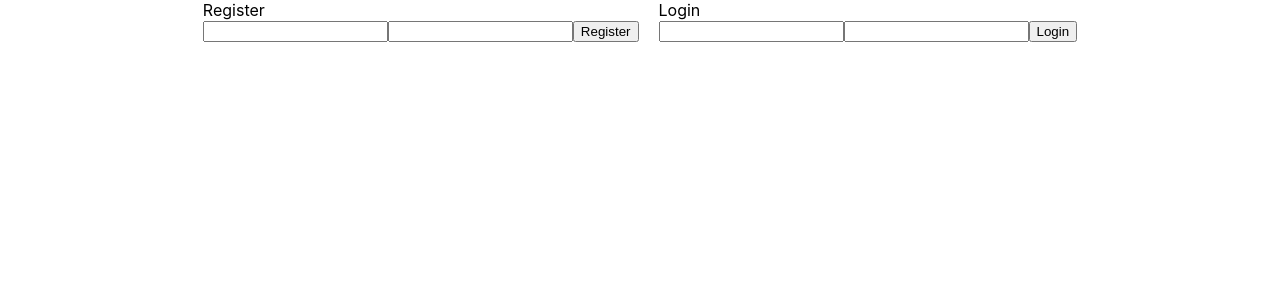
Repository: punitbathija/Placement-Assitance-iNeuron
Page: / (app in React/taskmanager/)
These files come from the project's save history. The page is drawn as it stood at one moment and after a run of saves; the edit follows.
The browser window is 1280 px wide. The pictures show the whole page.
The project was rebuilt for these pictures with package versions that can differ from the ones it lists, and the page was loaded fresh each time. Also part of the build but not shown: React/taskmanager/src/TaskDashboard.jsx.

Above is the page before, as saved 2023-06-06 15:05:02.

### React/taskmanager/src/App.js
import React, { useState } from "react";
import Login from "./Login";
import TaskDashboard from "./TaskDashboard";
import Register from "./Register";

const App = () => {
  const [token, setToken] = useState("");

  return (
    <div style={{ display: "flex", justifyContent: "center", gap: "20px" }}>
      <Register />
      {token ? <TaskDashboard token={token} /> : <Login setToken={setToken} />}
    </div>
  );
};

export default App;

### React/taskmanager/src/Login.jsx
import React, { useState } from "react";
import axios from "axios";

const Login = () => {
  const [username, setUsername] = useState("");
  const [password, setPassword] = useState("");
  const [token, setToken] = useState("");
  const [error, setError] = useState("");
  const handleLogin = async (e) => {
    e.preventDefault();
    try {
      const res = await axios.post("https://reqres.in/api/login", {
        username,
        password,
        headers: {
          "Content-Type": "application/json",
        },
      });
      console.log(res);
      setToken(res.data);
      alert("Login Successfull");
    } catch (err) {
      console.log(err);
      setError("Invalid Credentails" + err);
    }
  };

  return (
    <div>
      Login
      <form onSubmit={handleLogin}>
        <input
          type="text"
          value={username}
          onChange={(e) => setUsername(e.target.value)}
        />
        <input
          type="password"
          value={password}
          onChange={(e) => setPassword(e.target.value)}
        />
        <button type="submit">Login</button>
      </form>
    </div>
  );
};

export default Login;

### React/taskmanager/src/Register.jsx
import React, { useState } from "react";
import axios from "axios";

const Register = () => {
  const [username, setUsername] = useState("");
  const [password, setPassword] = useState("");
  const [token, setToken] = useState("");
  const [error, setError] = useState("");
  const handleRegister = async (e) => {
    e.preventDefault();
    try {
      const res = await axios.post("https://reqres.in/api/register", {
        username,
        password,
        headers: {
          "Content-Type": "application/json",
        },
      });
      setToken(res.data);
      console.log(res);
      alert("Successfully Registered");
    } catch (err) {
      console.log(err);
      setError("Invalid Credentails" + err);
    }
  };

  return (
    <div>
      Register
      <form onSubmit={handleRegister}>
        <input
          type="text"
          value={username}
          onChange={(e) => setUsername(e.target.value)}
        />
        <input
          type="password"
          value={password}
          onChange={(e) => setPassword(e.target.value)}
        />
        <button type="submit">Register</button>
      </form>
    </div>
  );
};

export default Register;

Loaded but not shown: React/taskmanager/public/index.html (common file); React/taskmanager/src/index.js (common file); React/taskmanager/src/index.css (common file)

After the next 2 saves:
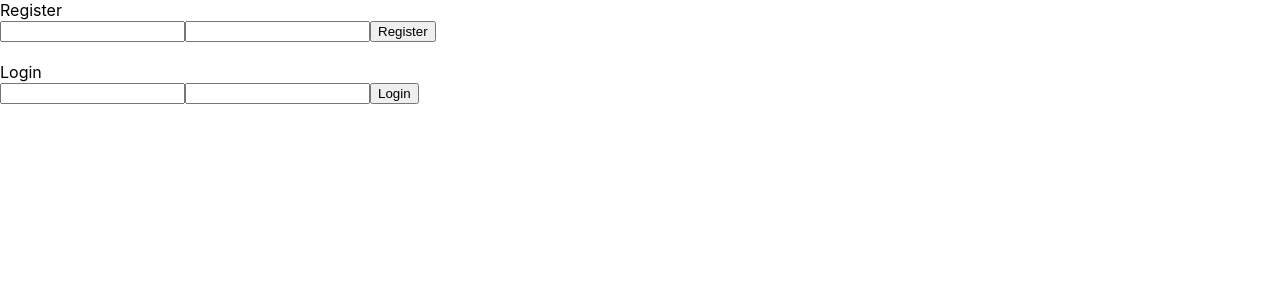
The 2 saves are shown as one change because they came seconds apart.
The last was saved 18 s later.
--- a/React/taskmanager/src/App.js
+++ b/React/taskmanager/src/App.js
@@ -7,7 +7,14 @@ const App = () => {
   const [token, setToken] = useState("");
 
   return (
-    <div style={{ display: "flex", justifyContent: "center", gap: "20px" }}>
+    <div
+      style={{
+        display: "flex",
+        justifyContent: "center",
+        flexDirection: "column",
+        gap: "20px",
+      }}
+    >
       <Register />
       {token ? <TaskDashboard token={token} /> : <Login setToken={setToken} />}
     </div>

After the 2 saves that followed:
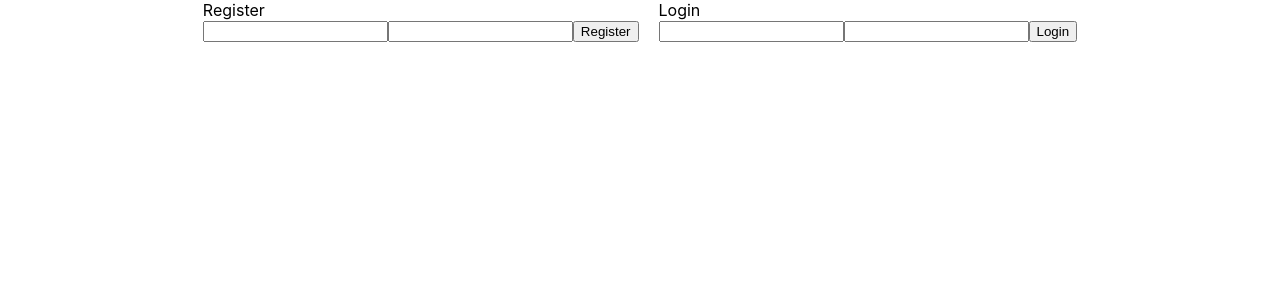
The 2 saves are shown as one change because 1 left the picture as it was.
The last was saved 15 s later.
--- a/React/taskmanager/src/App.js
+++ b/React/taskmanager/src/App.js
@@ -11,7 +11,6 @@ const App = () => {
       style={{
         display: "flex",
         justifyContent: "center",
-        flexDirection: "column",
         gap: "20px",
       }}
     >
